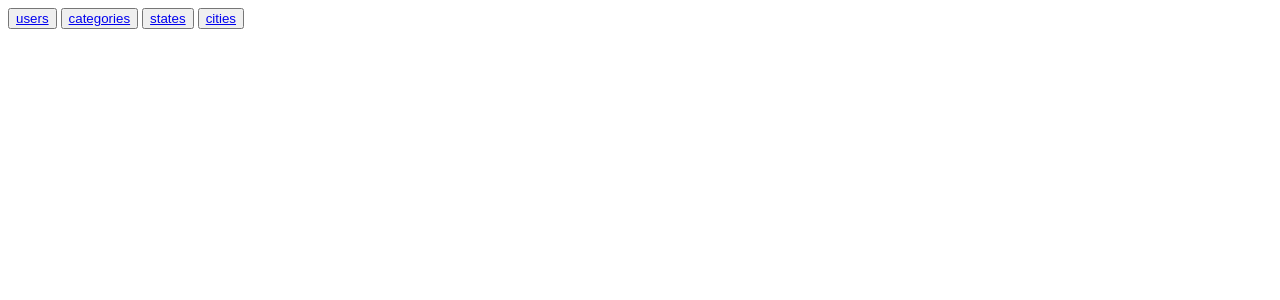
Repository: fontanive12/Biblioteca
Page: front/paginaInicial.html
An editor plug-in stored every save of this project. The page is shown before and after the next save, followed by the edit.
The browser window is 1280 px wide. The pictures show the whole page.

Above is the page before, as saved 2022-09-05 15:45:39.

After the next save:
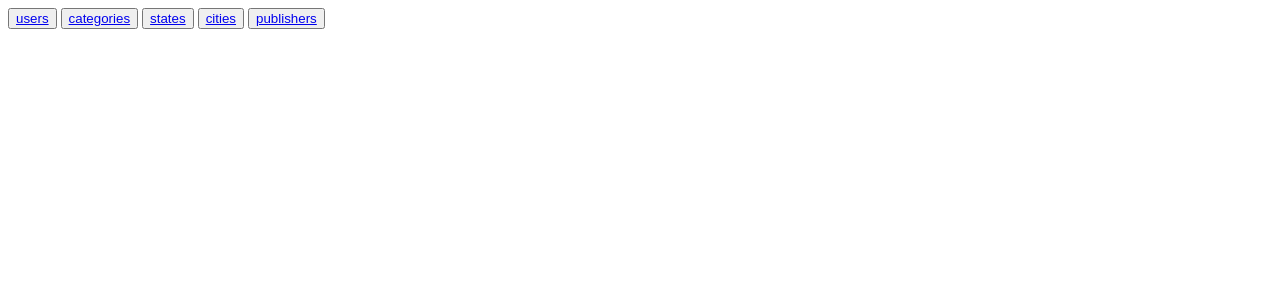
Saved 25 s later.
--- a/front/paginaInicial.html
+++ b/front/paginaInicial.html
@@ -12,5 +12,6 @@
     <button><a href="categories.html" class="categories">categories</a></button>
     <button><a href="states.html" class="states">states</a></button>
     <button><a href="cities.html" class="states">cities</a></button>
+    <button><a href="publishers.html" class="states">publishers</a></button>
 </body>
 </html>
